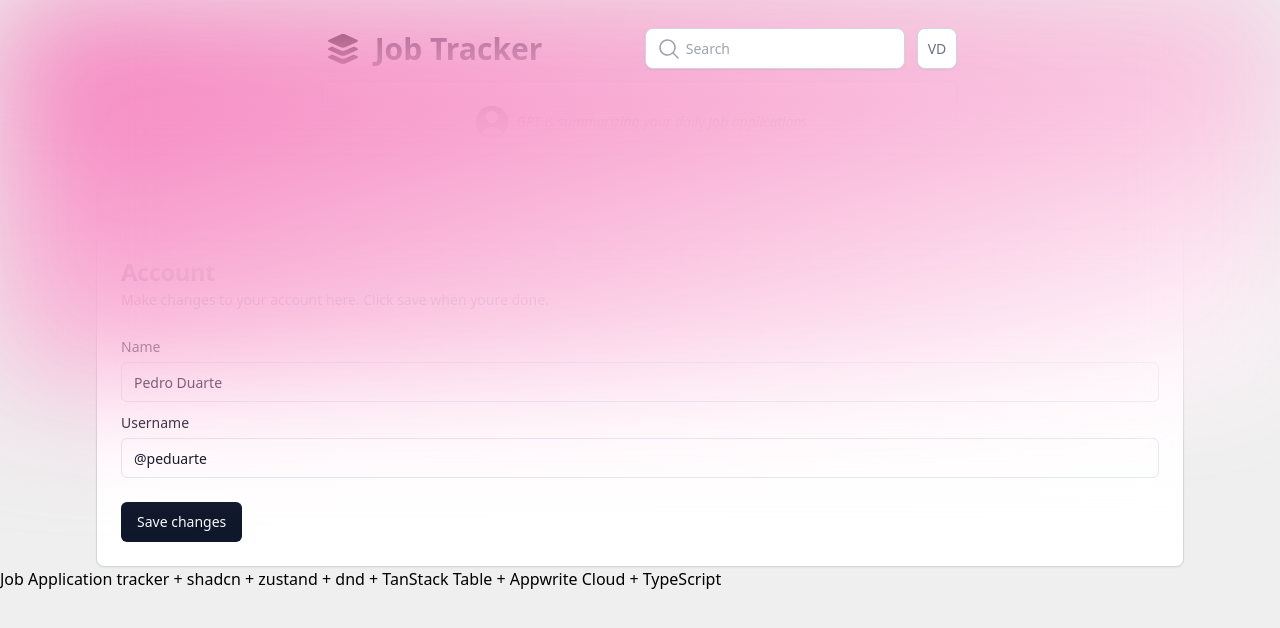
Repository: Vasil1001/job-applications-tracker-nextjs
Page: /
The author's editor kept a copy of each file at every save. The page is drawn from the files as they stood at one save, then again after the next save.
The browser window is 1280 px wide. The pictures show the whole page.
The project was rebuilt for these pictures with package versions that can differ from the ones it lists, and the page was loaded fresh each time. The framework's server and built-in components were replaced by stand-ins that run in the browser. Also part of the build but not shown: next.config.js.

Above is the page before, as saved 2023-06-24 19:46:15.

### app/layout.tsx
import "./globals.css";
import { Inter } from "next/font/google";

const inter = Inter({ subsets: ["latin"] });

export const metadata = {
  title: "Job Tracker",
  description: "Generated by create next app",
};

export default function RootLayout({
  children,
}: {
  children: React.ReactNode;
}) {
  return (
    <html lang="en">
      <body  suppressHydrationWarning={true} className="bg-[#efefef] inter">{children}</body>
    </html>
  );
}

### app/page.tsx
import Header from "@/components/Header";
import Image from "next/image";

export default function Home() {
  return (
    <main className="flex min-h-screen max-w-screen flex-col justify-between mx-auto ">
      {/* Header Component */}
      <Header />

      {/* Board dnd Component */}

    </main>
  );
}

### components/Header.tsx
"use client";
import { Search } from "lucide-react";
import React from "react";
import SearchBar from "./navbar/SearchBar";
import { IoIosApps } from "react-icons/io";
import { RiSendPlaneLine } from "react-icons/ri";
import { BiNotepad } from "react-icons/bi";
import Image from "next/image";
import { MagnifyingGlassIcon, UserCircleIcon } from "@heroicons/react/24/solid";
import { FiUser } from "react-icons/fi";
import { HiMagnifyingGlass } from "react-icons/hi2";
import Navbar from "./navbar/Navbar";
import Avatar from "react-avatar";
import JobChartsTab from "./ui/JobChartsTab";

export default function Header() {
  return (
    <header className="">
        <div className="absolute top-0 left-0 w-full h-96 bg-gradient-to-br from-pink-400 to-white rounded-md filter blur-3xl"></div>
      <Navbar />

      <JobChartsTab />
      <h1>
        Job Application tracker + shadcn + zustand + dnd + TanStack Table +
        Appwrite Cloud + TypeScript
      </h1>
    </header>
  );
}

### components/navbar/Navbar.tsx
import React from "react";
import SearchBar from "./SearchBar";
import { IoIosApps } from "react-icons/io";
import { HiMagnifyingGlass } from "react-icons/hi2";
import { UserCircleIcon } from "@heroicons/react/24/solid";

export default function Navbar() {
  return (
    <div className="bg-[#efefef] px-7 pt-7 xl:px-24 transition-all ">
      <div className="xl:w-7/12 mx-auto">
        <div className="flex flex-col md:flex-row items-center transition-all ">
          {/* <Navbar /> */}
          {/* <Image
          src="https://links.papareact.com/c2cdd5"
          alt="Logo"
          width={300}
          height={100}
          className="w-44 md:w-56 pb-10 md:pb-0 object-contain"
        /> */}
          {/* Logo */}
          <div className="flex items-center font-bold text-3xl mb-3 md:mb-0">
            <IoIosApps size={40} className="mr-3" />
            <span className="text-gray-800">Job Tracker</span>
          </div>

          {/* Search input, button and profile */}
          <div className="flex items-center gap-3 flex-1 justify-end w-full">
            <form className=" flex items-center justify-center  flex-1 md:flex-initial transition-all">
              <div className="relative  flex-1 md:flex-initial">
                <span className="absolute inset-y-0 left-0 flex items-center pl-3">
                  <HiMagnifyingGlass className="w-6 h-6 text-gray-400" />
                </span>
                <div className="flex gap-3 h-full">
                  <input
                    type="text"
                    className="w-full flex-1 h-full py-2.5 pl-10 pr-4 border shadow-sm focus-visible:outline-none focus-visible:ring-1 focus:ring-gray-400 text-black bg-white border-gray-300 text-sm rounded-lg hover:border-gray-300 placeholder:text-gray-400 focus:placeholder:text-gray-500"
                    placeholder="Search"
                  />
                  <div className="border flex px-2.5 items-center justify-center shadow-sm focus-visible:outline-none focus-visible:ring-1 focus:ring-gray-400 bg-white text-gray-500 border-gray-300 text-sm rounded-lg hover:border-gray-300">
                    VD
                  </div>
                </div>
              </div>
              <button hidden> Search</button>
            </form>
          </div>
        </div>

        <div className="flex w-full flex-1 mb-1 md:justify-end mt-3">
          <p className="flex flex-1 items-center justify-center text-sm font-light pr-5 shadow-sm rounded-lg p-5 w-fit bg-white italic border border-gray-300 hover:border-gray-300">
            <UserCircleIcon className=" inline-block h-10 w-10 mr-1" />
            GPT is summarizing your daily job applications
          </p>
        </div>
      </div>
    </div>
  );
}

### components/ui/JobChartsTab.tsx
import { Button } from "@/components/ui/button";
import {
  Card,
  CardContent,
  CardDescription,
  CardFooter,
  CardHeader,
  CardTitle,
} from "@/components/ui/card";
import { Input } from "@/components/ui/input";
import { Label } from "@/components/ui/label";
import { Tabs, TabsContent, TabsList, TabsTrigger } from "@/components/ui/tabs";
export default function JobChartsTab() {
  return (
    <div className="px-7 pt-3 xl:px-24 transition-all bg-[#efefef]">
      <Tabs defaultValue="account" className="">
        <TabsList className="grid grid-cols-2 w-[400px] border border-gray-300">
          <TabsTrigger className="" value="account">Charts</TabsTrigger>
          <TabsTrigger className="" value="password">Job Applications</TabsTrigger>
        </TabsList>
        <TabsContent value="account">
          <Card>
            <CardHeader>
              <CardTitle>Account</CardTitle>
              <CardDescription>
                Make changes to your account here. Click save when youre done.
              </CardDescription>
            </CardHeader>
            <CardContent className="space-y-2">
              <div className="space-y-1">
                <Label htmlFor="name">Name</Label>
                <Input id="name" defaultValue="Pedro Duarte" />
              </div>
              <div className="space-y-1">
                <Label htmlFor="username">Username</Label>
                <Input id="username" defaultValue="@peduarte" />
              </div>
            </CardContent>
            <CardFooter>
              <Button>Save changes</Button>
            </CardFooter>
          </Card>
        </TabsContent>
        <TabsContent value="password">
          <Card>
            <CardHeader>
              <CardTitle>Password</CardTitle>
              <CardDescription>
                Change your password here. After saving, yoll be logged out.
              </CardDescription>
            </CardHeader>
            <CardContent className="space-y-2">
              <div className="space-y-1">
                <Label htmlFor="current">Current password</Label>
                <Input id="current" type="password" />
              </div>
              <div className="space-y-1">
                <Label htmlFor="new">New password</Label>
                <Input id="new" type="password" />
              </div>
            </CardContent>
            <CardFooter>
              <Button>Save password</Button>
            </CardFooter>
          </Card>
        </TabsContent>
      </Tabs>
    </div>
  );
}

### components/ui/button.tsx
import * as React from "react"
import { Slot } from "@radix-ui/react-slot"
import { cva, type VariantProps } from "class-variance-authority"

import { cn } from "@/lib/utils"

const buttonVariants = cva(
  "inline-flex items-center justify-center rounded-md text-sm font-medium ring-offset-white transition-colors focus-visible:outline-none focus-visible:ring-2 focus-visible:ring-slate-400 focus-visible:ring-offset-2 disabled:pointer-events-none disabled:opacity-50 dark:ring-offset-slate-950 dark:focus-visible:ring-slate-800",
  {
    variants: {
      variant: {
        default: "bg-slate-900 text-slate-50 hover:bg-slate-900/90 dark:bg-slate-50 dark:text-slate-900 dark:hover:bg-slate-50/90",
        destructive:
          "bg-red-500 text-slate-50 hover:bg-red-500/90 dark:bg-red-900 dark:text-red-50 dark:hover:bg-red-900/90",
        outline:
          "border border-slate-200 bg-white hover:bg-slate-100 hover:text-slate-900 dark:border-slate-800 dark:bg-slate-950 dark:hover:bg-slate-800 dark:hover:text-slate-50",
        secondary:
          "bg-slate-100 text-slate-900 hover:bg-slate-100/80 dark:bg-slate-800 dark:text-slate-50 dark:hover:bg-slate-800/80",
        ghost: "hover:bg-slate-100 hover:text-slate-900 dark:hover:bg-slate-800 dark:hover:text-slate-50",
        link: "text-slate-900 underline-offset-4 hover:underline dark:text-slate-50",
      },
      size: {
        default: "h-10 px-4 py-2",
        sm: "h-9 rounded-md px-3",
        lg: "h-11 rounded-md px-8",
        icon: "h-10 w-10",
      },
    },
    defaultVariants: {
      variant: "default",
      size: "default",
    },
  }
)

export interface ButtonProps
  extends React.ButtonHTMLAttributes<HTMLButtonElement>,
    VariantProps<typeof buttonVariants> {
  asChild?: boolean
}

const Button = React.forwardRef<HTMLButtonElement, ButtonProps>(
  ({ className, variant, size, asChild = false, ...props }, ref) => {
    const Comp = asChild ? Slot : "button"
    return (
      <Comp
        className={cn(buttonVariants({ variant, size, className }))}
        ref={ref}
        {...props}
      />
    )
  }
)
Button.displayName = "Button"

export { Button, buttonVariants }

### components/ui/card.tsx
import * as React from "react"

import { cn } from "@/lib/utils"

const Card = React.forwardRef<
  HTMLDivElement,
  React.HTMLAttributes<HTMLDivElement>
>(({ className, ...props }, ref) => (
  <div
    ref={ref}
    className={cn(
      "rounded-lg border border-gray-300 bg-white text-slate-950 shadow-sm dark:border-slate-800 dark:bg-slate-950 dark:text-slate-50",
      className
    )}
    {...props}
  />
))
Card.displayName = "Card"

const CardHeader = React.forwardRef<
  HTMLDivElement,
  React.HTMLAttributes<HTMLDivElement>
>(({ className, ...props }, ref) => (
  <div
    ref={ref}
    className={cn("flex flex-col space-y-1.5 p-6", className)}
    {...props}
  />
))
CardHeader.displayName = "CardHeader"

const CardTitle = React.forwardRef<
  HTMLParagraphElement,
  React.HTMLAttributes<HTMLHeadingElement>
>(({ className, ...props }, ref) => (
  <h3
    ref={ref}
    className={cn(
      "text-2xl font-semibold leading-none tracking-tight",
      className
    )}
    {...props}
  />
))
CardTitle.displayName = "CardTitle"

const CardDescription = React.forwardRef<
  HTMLParagraphElement,
  React.HTMLAttributes<HTMLParagraphElement>
>(({ className, ...props }, ref) => (
  <p
    ref={ref}
    className={cn("text-sm text-slate-500 dark:text-slate-400", className)}
    {...props}
  />
))
CardDescription.displayName = "CardDescription"

const CardContent = React.forwardRef<
  HTMLDivElement,
  React.HTMLAttributes<HTMLDivElement>
>(({ className, ...props }, ref) => (
  <div ref={ref} className={cn("p-6 pt-0", className)} {...props} />
))
CardContent.displayName = "CardContent"

const CardFooter = React.forwardRef<
  HTMLDivElement,
  React.HTMLAttributes<HTMLDivElement>
>(({ className, ...props }, ref) => (
  <div
    ref={ref}
    className={cn("flex items-center p-6 pt-0", className)}
    {...props}
  />
))
CardFooter.displayName = "CardFooter"

export { Card, CardHeader, CardFooter, CardTitle, CardDescription, CardContent }

### components/ui/input.tsx
import * as React from "react"

import { cn } from "@/lib/utils"

export interface InputProps
  extends React.InputHTMLAttributes<HTMLInputElement> {}

const Input = React.forwardRef<HTMLInputElement, InputProps>(
  ({ className, type, ...props }, ref) => {
    return (
      <input
        type={type}
        className={cn(
          "flex h-10 w-full rounded-md border border-slate-200 border-slate-200 bg-white px-3 py-2 text-sm ring-offset-white file:border-0 file:bg-transparent file:text-sm file:font-medium placeholder:text-slate-500 focus-visible:outline-none focus-visible:ring-2 focus-visible:ring-slate-400 focus-visible:ring-offset-2 disabled:cursor-not-allowed disabled:opacity-50 dark:border-slate-800 dark:border-slate-800 dark:bg-slate-950 dark:ring-offset-slate-950 dark:placeholder:text-slate-400 dark:focus-visible:ring-slate-800",
          className
        )}
        ref={ref}
        {...props}
      />
    )
  }
)
Input.displayName = "Input"

export { Input }

### components/ui/label.tsx
import * as React from "react"
import * as LabelPrimitive from "@radix-ui/react-label"
import { cva, type VariantProps } from "class-variance-authority"

import { cn } from "@/lib/utils"

const labelVariants = cva(
  "text-sm font-medium leading-none peer-disabled:cursor-not-allowed peer-disabled:opacity-70"
)

const Label = React.forwardRef<
  React.ElementRef<typeof LabelPrimitive.Root>,
  React.ComponentPropsWithoutRef<typeof LabelPrimitive.Root> &
    VariantProps<typeof labelVariants>
>(({ className, ...props }, ref) => (
  <LabelPrimitive.Root
    ref={ref}
    className={cn(labelVariants(), className)}
    {...props}
  />
))
Label.displayName = LabelPrimitive.Root.displayName

export { Label }

### components/ui/tabs.tsx
import * as React from "react"
import * as TabsPrimitive from "@radix-ui/react-tabs"

import { cn } from "@/lib/utils"

const Tabs = TabsPrimitive.Root

const TabsList = React.forwardRef<
  React.ElementRef<typeof TabsPrimitive.List>,
  React.ComponentPropsWithoutRef<typeof TabsPrimitive.List>
>(({ className, ...props }, ref) => (
  <TabsPrimitive.List
    ref={ref}
    className={cn(
      "inline-flex h-10 items-center justify-center rounded-lg shadow-md mb-4 bg-zinc-200 p-1 px-1.5 text-gray-600 dark:bg-slate-800 dark:text-slate-400",
      className
    )}
    {...props}
  />
))
TabsList.displayName = TabsPrimitive.List.displayName

const TabsTrigger = React.forwardRef<
  React.ElementRef<typeof TabsPrimitive.Trigger>,
  React.ComponentPropsWithoutRef<typeof TabsPrimitive.Trigger>
>(({ className, ...props }, ref) => (
  <TabsPrimitive.Trigger
    ref={ref}
    className={cn(
      "inline-flex items-center justify-center whitespace-nowrap rounded-md px-3 py-1 text-sm font-medium ring-offset-white transition-all focus-visible:outline-none focus-visible:ring-2 focus-visible:ring-slate-400 focus-visible:ring-offset-2 disabled:pointer-events-none disabled:opacity-50 data-[state=active]:bg-white data-[state=active]:text-slate-950 data-[state=active]:shadow-sm dark:ring-offset-slate-950 dark:focus-visible:ring-slate-800 dark:data-[state=active]:bg-slate-950 dark:data-[state=active]:text-slate-50",
      className
    )}
    {...props}
  />
))
TabsTrigger.displayName = TabsPrimitive.Trigger.displayName

const TabsContent = React.forwardRef<
  React.ElementRef<typeof TabsPrimitive.Content>,
  React.ComponentPropsWithoutRef<typeof TabsPrimitive.Content>
>(({ className, ...props }, ref) => (
  <TabsPrimitive.Content
    ref={ref}
    className={cn(
      "mt-2 ring-offset-white focus-visible:outline-none focus-visible:ring-2 focus-visible:ring-slate-400 focus-visible:ring-offset-2 dark:ring-offset-slate-950 dark:focus-visible:ring-slate-800",
      className
    )}
    {...props}
  />
))
TabsContent.displayName = TabsPrimitive.Content.displayName

export { Tabs, TabsList, TabsTrigger, TabsContent }

### tailwind.config.js
/** @type {import('tailwindcss').Config} */
module.exports = {
  darkMode: ["class"],
  content: [
    "./pages/**/*.{ts,tsx}",
    "./components/**/*.{ts,tsx}",
    "./app/**/*.{ts,tsx}",
    "./src/**/*.{ts,tsx}",
  ],
  theme: {
    container: {
      center: true,
      padding: "2rem",
      screens: {
        "2xl": "1400px",
      },
    },
    extend: {
      keyframes: {
        "accordion-down": {
          from: { height: 0 },
          to: { height: "var(--radix-accordion-content-height)" },
        },
        "accordion-up": {
          from: { height: "var(--radix-accordion-content-height)" },
          to: { height: 0 },
        },
      },
      animation: {
        "accordion-down": "accordion-down 0.2s ease-out",
        "accordion-up": "accordion-up 0.2s ease-out",
      },
      fontFamily: {
        supreme: ["Supreme", "sans-serif"],
        satoshi: ["Satoshi", "sans-serif"],
        outfit: ["Outfit, sans-serif"],
        generalsans: ["General Sans", "sans-serif"],
        chillax: ["Chillax", "sans-serif"],
        inter: ["Inter", "sans-serif"],
        noto: ["Noto Sans", "sans-serif"],
      },
    },
  },
  plugins: [require("tailwindcss-animate")],
};

Loaded but not shown: app/globals.css (common file); lib/utils.ts (common file)

After the next save:
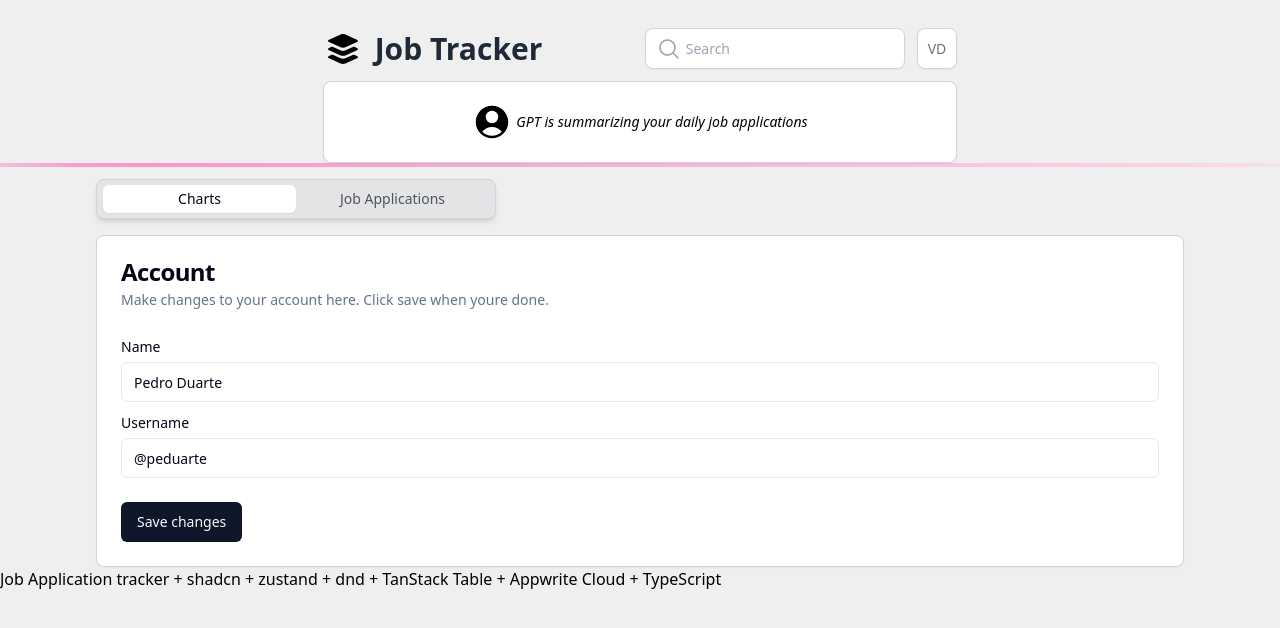
Saved 10 s later.
--- a/components/Header.tsx
+++ b/components/Header.tsx
@@ -16,7 +16,7 @@ import JobChartsTab from "./ui/JobChartsTab";
 export default function Header() {
   return (
     <header className="">
-        <div className="absolute top-0 left-0 w-full h-96 bg-gradient-to-br from-pink-400 to-white rounded-md filter blur-3xl"></div>
+        <div className="absolute top-0 left-0 w-full h-96 bg-gradient-to-br from-pink-400 to-white rounded-md filter blur-3xl opacity050 -z-50"></div>
       <Navbar />
 
       <JobChartsTab />
